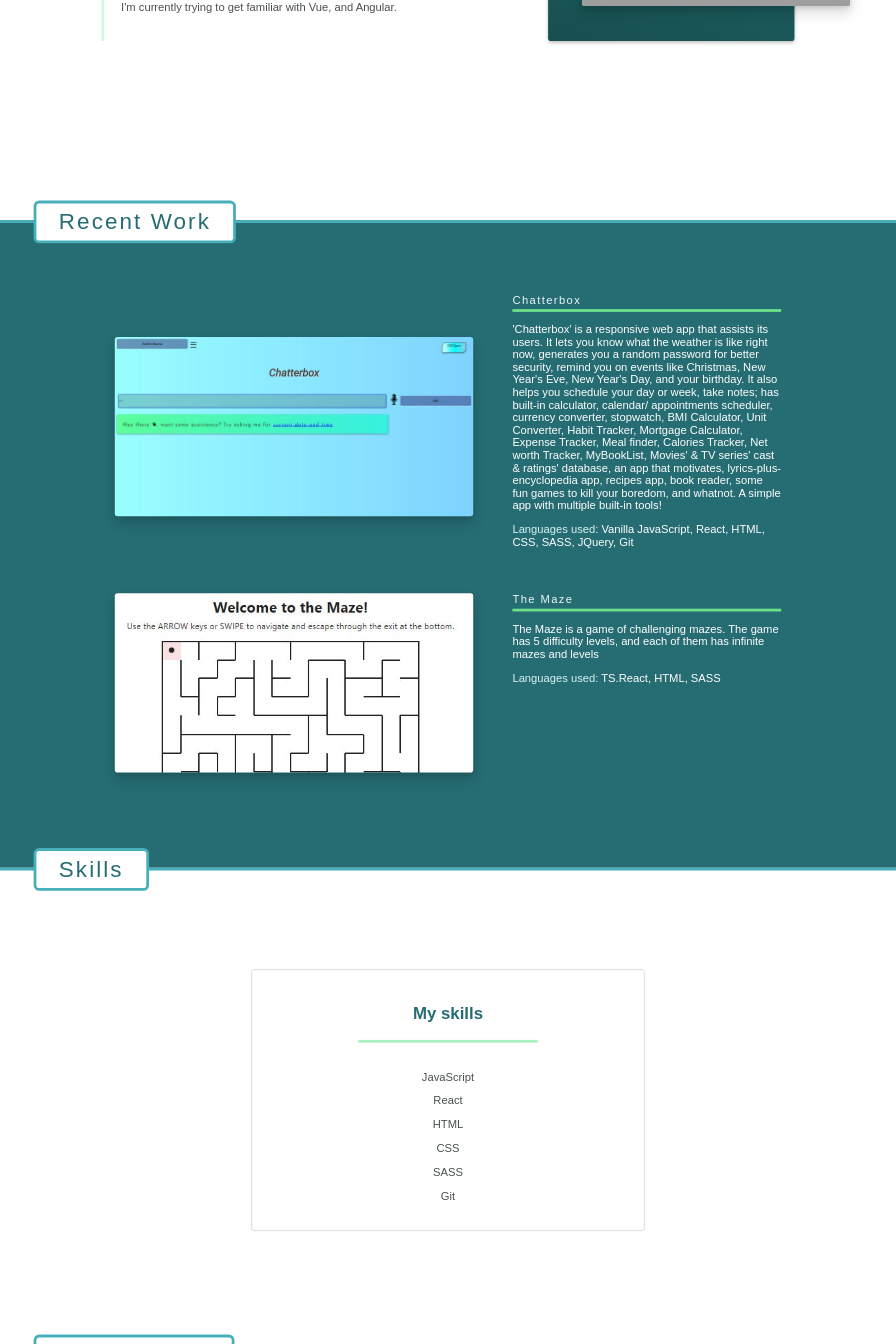
Repository: Abbaskhurram255/port
Page: /
An editor plug-in stored every save of this project. The page is shown before and after the next save, followed by the edit.
The browser window is 1280 px wide. The pictures show the part of the page from y = 552 to 2472 px (the page is 2782 px tall), at 70% of full size.
Pictures or frames that could not be fetched are drawn as grey boxes. The page's requests for data from a server got no answer. Some web fonts or font styles are not loaded; a fallback is used. Some web libraries are served in a nearby version. The project was rebuilt for these pictures with package versions that can differ from the ones it lists, and the page was loaded fresh each time. No one was signed in, and anything a server would have sent is missing.

Above is the page before, as saved 2020-12-03 23:22:42.

### public/index.html
<!DOCTYPE html>
<html lang="en">
  <head>
    <meta charset="utf-8" />
    <meta
      name="viewport"
      content="width=device-width, initial-scale=1, shrink-to-fit=no"
    />
    <meta name="theme-color" content="#000000" />
    <meta property="og:title" content="Alex Puth | Portfolio" />
    <meta
      property="og:description"
      content="A portfolio of web applications by Alex Puth"
    />
    <meta property="og:url" content="https://www.abbaskhurram255.github.io/" />
    <meta property="og:image" content="/images/portfolio-home.jpg" />
    <title>Alex Puth | Portfolio</title>
    <link
      href="https://fonts.googleapis.com/css?family=Muli:300,400,600,700"
      rel="stylesheet"
    />
    <link
      rel="stylesheet"
      href="https://use.fontawesome.com/releases/v5.4.2/css/all.css"
      integrity="sha384-/rXc/GQVaYpyDdyxK+ecHPVYJSN9bmVFBvjA/9eOB+pb3F2w2N6fc5qB9Ew5yIns"
      crossorigin="anonymous"
    />
  </head>

  <body>
    <noscript>You need to enable JavaScript to run this app.</noscript>
    <div id="root"></div>
  </body>
</html>

### src/index.tsx
import React from "react";
import ReactDOM from "react-dom";
import App from "./App";
import * as serviceWorker from "./serviceWorker";
import "./styles/styles.scss";

ReactDOM.render(<App />, document.getElementById("root"));

// If you want your app to work offline and load faster, you can change
// unregister() to register() below. Note this comes with some pitfalls.
// Learn more about service workers: http://bit.ly/CRA-PWA
serviceWorker.unregister();

### src/App.tsx
import * as React from "react";
import Contact from "./components/Contact";
import Home from "./components/Home";
import Navbar from "./components/Navbar";
import RecentWork from "./components/RecentWork";
import Skills from "./components/Skills";

class App extends React.Component {
  public render() {
    return (
      <div>
        <Navbar />
        <Home />
        <RecentWork />
        <Skills />
        <Contact />
      </div>
    );
  }
}

export default App;

### src/styles/styles.scss
@import "./base/settings";
@import "./base/base";
@import "./components/navbar";
@import "./components/home";
@import "./components/images";
@import "./components/recent-works";
@import "./components/projects";
@import "./components/project";
@import "./components/skills";
@import "./components/skill";
@import "./components/contact";
@import "./components/social";
@import "./components/section-title";

### src/components/Contact.tsx
import * as React from "react";
import utils from "../utils/constants";
import Social from "./Social";
import Title from "./Title";

const { GITHUB_URL, TWITTER_URL } = utils.social;
const { EMAIL } = utils.contact;

const Contact = () => {
  return (
    <div id="contact" className="contact">
      <Title title="Get in Touch" parentComponent="contact" />
      <div className="contact__social-links">
        <p className="contact__brackets">{"{"}</p>
        <Social socialIcon="fab fa-github" socialUrl={GITHUB_URL} />
        <Social socialIcon="fab fa-twitter" socialUrl={TWITTER_URL} />
        <Social socialIcon="fas fa-envelope" socialUrl={`mailto:${EMAIL}`} />
        <p className="contact__brackets">{"}"}</p>
      </div>
    </div>
  );
};

export default Contact;

### src/components/Home.tsx
import * as React from "react";
import Image from "./Image";
import Text from "./Text";
import Title from "./Title";

const Home = () => {
  return (
    <div className="home">
      <div className="home__text-container">
        <Title
          title="<Alex Puth (aka Khurram) />"
          parentComponent="home"
          subTitle="Front-End Developer"
        />
        <Text parentComponent="home" mobile="" />
      </div>
      <Image
        src="/images/headshot.jpg"
        alt="Headshot of Alex Puth"
        parentComponent="home"
      />
      <Text parentComponent="home" mobile="--mobile" />
    </div>
  );
};

export default Home;

### src/components/Navbar.tsx
import * as React from "react";

interface INavbarState {
  linkClass: string;
  isToggled: boolean;
}

class Navbar extends React.Component {
  public state = {
    isToggled: true,
    linkClass: "navbar__link"
  };

  public toggleNav = () => {
    const { isToggled } = this.state;
    this.setState({ isToggled: !isToggled });
    isToggled
      ? this.setState({ linkClass: "navbar__link--show" })
      : this.setState({ linkClass: "navbar__link" });
  };

  public render() {
    return (
      <div className="navbar">
        <a className="navbar__brand" href="#">
          <p className="navbar__brand-text">AP</p>
        </a>
        <i onClick={this.toggleNav} className="fas fa-bars navbar__hamburger" />
        <div className="navbar__link-box">
          <a className={this.state.linkClass} href="#">
            <p className="navbar__link-text">Home</p>
          </a>

          <a className={this.state.linkClass} href="#recent-works">
            <p className="navbar__link-text">Recent Work</p>
          </a>

          <a className={this.state.linkClass} href="#skills">
            <p className="navbar__link-text">Skills</p>
          </a>

          <a className={this.state.linkClass} href="#contact">
            <p className="navbar__link-text">Contact</p>
          </a>
        </div>
      </div>
    );
  }
}
export default Navbar;

### src/components/RecentWork.tsx
import * as React from "react";
import Projects from "./Projects";
import Title from "./Title";

const RecentWork = () => {
  return (
    <div id="recent-works" className="recent-works">
      <Title title="Recent Work" parentComponent="recent-works" />
      <Projects />
    </div>
  );
};

export default RecentWork;

### src/components/Skills.tsx
import * as React from "react";
import Skill from "./Skill";
import Title from "./Title";

const Skills = () => {
  const technicalSkills: string[] = [
    "JavaScript",
    "React",
    "HTML",
    "CSS",
    "SASS",
    "Git"
  ];

  return (
    <div id="skills" className="skills">
      <Title title={"Skills"} parentComponent="skills" />
      <div className="skills__set-box">
        <Skill title="My skills" skills={technicalSkills} />
      </div>
    </div>
  );
};

export default Skills;

### src/styles/base/_base.scss
html {
  font-size: 62.5%;
  scroll-behavior: smooth;
}

body {
  margin: 0;
  background-color: $white;
}

button {
  cursor: pointer;
}

button:disabled {
  cursor: default;
}

### src/styles/components/_home.scss
.home {
  display: flex;
  flex-direction: column;
  justify-content: space-around;
  margin: $size-10 auto $size-8 auto;
  max-width: 100rem;
  padding: 0 $size-4;
  @media (min-width: $breakpoint-1) {
    margin: $size-10 25% $size-9 25%;
  }
  @media (min-width: $breakpoint-2) {
    flex-direction: row;
    margin: $size-10 auto $size-12 auto;
  }
}

.home__title-box {
  align-items: center;
  display: flex;
  flex-direction: column;
  justify-content: center;
  margin-top: $size-3;
  @media (min-width: $breakpoint-2) {
    margin: 0;
    margin-left: -$size-9;
    align-items: flex-start;
  }
}

.home__title {
  color: $primary-7;
  font-family: $header;
  font-size: $size-6;
  font-weight: 700;
  letter-spacing: 0.3rem;
  line-height: 1;
  margin: 0;
  @media (min-width: $breakpoint-1) {
    font-size: $size-6;
  }
  @media (min-width: $breakpoint-2 - 13) {
    font-size: $size-7;
  }
  @media (min-width: $breakpoint-3) {
    font-size: 7.2rem;
  }
}

.home__subtitle {
  color: $gray-5;
  font-family: $header;
  font-size: $size-4;
  font-weight: 300;
  margin: $size-3 0;
  @media (min-width: $breakpoint-1) {
    font-size: 1.8rem;
  }
  @media (min-width: $breakpoint-2 - 13) {
    font-size: $size-5;
  }
  @media (min-width: $breakpoint-3) {
    font-size: $size-6;
  }
}

.home__text-container {
  display: flex;
  flex-direction: column;
  justify-content: flex-end;
}

.home__text-box {
  border-left: $size-1 solid $secondary-2;
  margin-top: $size-6;
  padding: $size-5 $size-4;
  width: $size-14;
  @media (max-width: $breakpoint-2 - 1) {
    display: none;
  }
}

.home__text-box--mobile {
  border-left: $size-1 solid $secondary-2;
  box-sizing: border-box;
  margin-top: $size-6;
  padding: $size-2;
  width: 100%;
  @media (min-width: $breakpoint-2) {
    display: none;
  }
}

.home__text {
  color: $gray-7;
  font-family: $text;
  font-size: $size-3;
  line-height: 2;
  margin: 0;
  padding: $size-2;
  @media (min-width: $breakpoint-2) {
    font-size: $size-4;
  }
}

.home__text-link {
  @extend .home__text;
  color: $primary-7;
  padding: 0;
  text-decoration: none;
}

.home__text-link:hover {
  color: $primary-5;
}

### src/styles/components/images.scss
.home-image-box {
  background: $gradient-1;
  border-radius: $radius-2;
  box-shadow: $shadow-2;
  padding: $size-3;
  @media (min-width: $breakpoint-2) {
    display: block;
    padding: $size-7;
  }
}

.home-image {
  border-radius: $radius-2;
  box-shadow: $shadow-3;
  margin: 0;
  width: 100%;
  @media (min-width: $breakpoint-2) {
    margin-right: -$size-10;
    height: $size-13;
    width: $size-13;
  }
}

### src/styles/components/_recent-works.scss
.recent-works {
  align-items: center;
  background: $primary-7;
  border-top: $size-1 solid $primary-5;
  display: flex;
  flex-direction: column;
  padding-bottom: $size-2;
  @media (min-width: $breakpoint-1) {
    padding-left: 22%;
    padding-right: 22%;
  }
  @media (min-width: $breakpoint-2) {
    padding: 0;
    padding-bottom: $size-8;
  }
}

.recent-works__title-box {
  background: $white;
  border: $size-1 solid $primary-5;
  border-radius: $size-2;
  display: flex;
  flex-direction: column;
  justify-content: center;
  margin-top: -$size-5;
  padding: $size-2;
  @media (min-width: $breakpoint-2) {
    align-self: flex-start;
    margin-left: $size-7;
    margin-top: -$size-6;
    padding: $size-2 $size-6;
  }
}

.recent-works__title {
  color: $primary-7;
  font-family: $header;
  font-size: $size-4;
  font-weight: 400;
  letter-spacing: 0.3rem;
  margin: 0;
  padding: 0;
  @media (min-width: $breakpoint-2) {
    font-size: $size-6;
  }
}

### src/styles/components/_projects.scss
.projects {
  display: flex;
  flex-direction: column;
  justify-content: space-between;
  margin: $size-4 $size-7;
  width: 100%;
  @media (min-width: $breakpoint-2) {
    margin: $size-7;
    width: 100rem;
  }
}

### src/styles/components/_skills.scss
.skills {
  align-items: center;
  border-top: $size-1 solid $primary-5;
  display: flex;
  flex-direction: column;
  padding-bottom: $size-8;
  @media (min-width: $breakpoint-1) {
    padding-left: 20%;
    padding-right: 20%;
  }
  @media (min-width: $breakpoint-2) {
    padding: 0;
    padding-bottom: $size-8;
  }
}

.skills__title-box {
  background: $white;
  border: $size-1 solid $primary-5;
  border-radius: $size-2;
  display: flex;
  flex-direction: column;
  justify-content: center;
  margin-top: -$size-5;
  padding: $size-2;
  @media (min-width: $breakpoint-2) {
    align-self: flex-start;
    margin-left: $size-7;
    margin-top: -$size-6;
    padding: $size-2 $size-6;
  }
}

.skills__title {
  color: $primary-7;
  font-family: $header;
  font-size: $size-4;
  font-weight: 400;
  letter-spacing: 0.3rem;
  margin: 0;
  padding: 0;
  @media (min-width: $breakpoint-2) {
    font-size: $size-6;
  }
}

.skills__set-box {
  display: flex;
  flex-direction: column;
  justify-content: space-around;
  margin: 0;
  width: 100%;
  @media (min-width: $breakpoint-2) {
    flex-direction: row;
    margin: $size-9 $size-7;
    width: 100rem;
  }
}

### src/styles/components/_skill.scss
.skill {
  align-items: center;
  border: 1px solid $gray-3;
  border-radius: $radius-2;
  display: flex;
  flex-direction: column;
  margin: $size-4 auto;
  padding: $size-5;
  width: 80%;
  @media (min-width: $breakpoint-2) {
    margin: $size-4;
    padding: $size-5;
    width: $size-14;
  }
}

.skill__title-box {
  border-bottom: $size-1 solid $secondary-3;
  display: flex;
  justify-content: center;
  padding: 0;
  width: 100%;
  @media (min-width: $breakpoint-2) {
    width: $size-12;
  }
}

.skill__title {
  color: $primary-7;
  font-family: $text;
  font-size: $size-4;
  @media (min-width: $breakpoint-2) {
    font-size: $size-5;
  }
}

.skill__box {
  padding-top: $size-5;
  width: 100%;
}

.skill__name {
  color: $gray-7;
  font-family: $text;
  font-size: $size-4;
  text-align: center;
}

### src/styles/components/_contact.scss
.contact {
  align-items: center;
  border-top: $size-1 solid $primary-5;
  display: flex;
  flex-direction: column;
  background: #266c73;
}

.contact__title-box {
  background: $white;
  border: $size-1 solid $primary-5;
  border-radius: $size-2;
  display: flex;
  flex-direction: column;
  justify-content: center;
  margin-top: -$size-5;
  padding: $size-2 $size-6;
  @media (min-width: $breakpoint-2) {
    align-self: flex-start;
    margin-left: $size-7;
    margin-top: -$size-6;
  }
}

.contact__title {
  color: $primary-7;
  font-family: $header;
  font-size: $size-4;
  font-weight: 400;
  letter-spacing: 0.3rem;
  margin: 0;
  padding: 0;
  @media (min-width: $breakpoint-2) {
    font-size: $size-6;
  }
}

.contact__social-links {
  display: flex;
  margin: $size-8 0 $size-9 0;
}

.contact__brackets {
  color: $secondary-3;
  font-family: $text;
  font-size: $size-8;
  font-weight: 300;
  line-height: 0.5;
  margin: 0 $size-4;
  padding: 0;
  @media (min-width: $breakpoint-2) {
    display: block;
    font-size: $size-10;
  }
}

### src/styles/components/_social.scss
.social {
  color: $primary-5;
  font-size: $size-5;
  margin: $size-3;
  outline: none;
  transition-property: color, transform;
  transition-duration: 0.1s;
  transition-timing-function: ease;
  @media (min-width: $breakpoint-2) {
    font-size: $size-7;
    margin: $size-5;
  }
}

.social:hover,
.social:focus {
  color: $primary-6;
  transform: scale(1.2);
}

### src/styles/components/_section-title.scss
.section-title__box {
  align-self: flex-start;
  background: $white;
  border: $size-1 solid $primary-8;
  border-radius: $size-2;
  display: flex;
  flex-direction: column;
  justify-content: center;
  margin: -$size-6 0 0 $size-7;
  padding: $size-2 $size-6;
}

.section-title {
  color: $primary-7;
  font-family: $header;
  font-size: $size-6;
  font-weight: 400;
  letter-spacing: 0.3rem;
  margin: 0;
  padding: 0;
}

### src/utils/constants.ts
export default {
  contact: {
    EMAIL: process.env.REACT_APP_EMAIL || "abbaskhuram255@gmail.com"
  },
  social: {
    GITHUB_URL:
      process.env.REACT_APP_GITHUB_URL || "https://github.com/abbaskhurram255",
    TWITTER_URL:
      process.env.REACT_APP_TWITTER_URL || "https://twitter.com/alexputh255",
  }
};

### src/components/Social.tsx
import * as React from "react";

interface ISocialProps {
  socialIcon: string;
  socialUrl: string;
}

const Social = (props: ISocialProps) => {
  const { socialIcon, socialUrl } = props;
  return (
    <a
      href={socialUrl}
      rel="noopener noreferrer"
      className="social"
      target="_blank"
    >
      <i className={socialIcon} />
    </a>
  );
};

export default Social;

### src/components/Title.tsx
import * as React from "react";

interface ITitleProps {
  title: string;
  parentComponent: string;
  subTitle?: string;
}

const Title = (props: ITitleProps) => {
  const { title, subTitle, parentComponent: component } = props;
  return (
    <div className={`${component}__title-box`}>
      <h1 className={`${component}__title`}>{title}</h1>
      {subTitle && <h2 className={`${component}__subtitle`}>{subTitle}</h2>}
    </div>
  );
};

export default Title;

### src/components/Image.tsx
import * as React from "react";

interface IImageProps {
  src: string;
  alt: string;
  parentComponent: string;
}

const Image = (props: IImageProps) => {
  const { src, alt, parentComponent: component } = props;
  return (
    <div className={`${component}-image-box`}>
      <img src={`/Portfolio${src}`} alt={alt} className={`${component}-image`} />
    </div>
  );
};

export default Image;

### src/components/Text.tsx
import * as React from "react";

interface ITextProps {
  parentComponent: string;
  mobile: string;
}

const Text = (props: ITextProps) => {
  const { parentComponent: component, mobile } = props;
  return (
    <div className={`${component}__text-box${mobile}`}>
      <p className={`${component}__text`}>
        Hi, my name is Alex, and I'm a frontend developer. I love using
        functional programming concepts in JavaScript and building web
        applications with it. I'm a coding enthusiast. I've been creating web
        applications since I was 13 - I'm 19 now. It's been my hobby
        since I was a kid, the programming. {" "}
      </p>
      <p className={`${component}__text`}>I'm currently
        trying to get familiar with Vue, and Angular.</p>
    </div>
  );
};

export default Text;

### src/components/Projects.tsx
import * as React from "react";
import { projects } from "../utils/data";
import Project from "./Project";

const Projects = () => (
  <div className="projects">
    {projects.map(project => (
      <Project
        project={project.name}
        projectDescription={project.description}
        projectSourceCode={project.sourceCode}
        projectTools={project.tools}
        projectUrl={project.url}
        image={project.image}
        key={project.name}
      />
    ))}
  </div>
);

export default Projects;

### src/components/Skill.tsx
import * as React from "react";

interface ISkillProps {
  skills: string[];
  title: string;
}

const DeveloperSkills = (props: ISkillProps) => {
  const { skills, title } = props;
  return (
    <div className="skill">
      <div className="skill__title-box">
        <h3 className="skill__title">{title}</h3>
      </div>
      <div className="skill__box">
        {skills.map((skill: string) => (
          <p className="skill__name" key={skill}>
            {skill}
          </p>
        ))}
      </div>
    </div>
  );
};

export default DeveloperSkills;

### src/utils/data.ts

interface IProject {
  description: string;
  image: string;
  name: string;
  sourceCode: string;
  tools: string;
  url: string;
}

export const projects: IProject[] = [
  {
    description:
      "'Chatterbox' is a responsive web app that assists its users. It lets you know what the weather is like right now, generates you a random password for better security, remind you on events like Christmas, New Year's Eve, New Year's Day, and your birthday. It also helps you schedule your day or week, take notes; has built-in calculator, calendar/ appointments scheduler, currency converter, stopwatch, BMI Calculator, Unit Converter, Habit Tracker, Mortgage Calculator, Expense Tracker, Meal finder, Calories Tracker, Net worth Tracker, MyBookList, Movies' & TV series' cast & ratings' database, an app that motivates, lyrics-plus-encyclopedia app, recipes app, book reader, some fun games to kill your boredom, and whatnot. A simple app with multiple built-in tools!",
    image: "meal to list",
    name: "Chatterbox",
    sourceCode: "https://github.com/Abbaskhurram255/Chatterbox/",
    tools: "Vanilla JavaScript, React, HTML, CSS, SASS, JQuery, Git",
    url: "https://abbaskhurram255.github.io/Chatterbox/getting-started"
  },
  {
    description:
      "The Maze is a game of challenging mazes. The game has 5 difficulty levels, and each of them has infinite mazes and levels",
    image: "maze",
    name: "The Maze",
    sourceCode: "https://github.com/Abbaskhurram255/maze/",
    tools: "TS.React, HTML, SASS",
    url: "https://alexs-maze-game.netlify.app"
  }
];

### src/components/Project.tsx
import * as React from "react";

interface IProjectProps {
  image: string;
  project: string;
  projectDescription: string;
  projectTools: string;
  projectSourceCode: string;
  projectUrl: string;
}

const Project = (props: IProjectProps) => {
  const {
    image,
    project,
    projectDescription,
    projectSourceCode,
    projectTools,
    projectUrl
  } = props;
  return (
    <div className="project">
      <div className={`project__image-box project__image-box--${image}`}>
        <div className="project__link-box">
          {projectUrl && (
            <a
              className="project__link"
              href={projectUrl}
              rel="noopener noreferrer"
              target="_blank"
            >
              View Site
            </a>
          )}
          <a
            className="project__link"
            href={projectSourceCode}
            rel="noopener noreferrer"
            target="_blank"
          >
            View Source Code
          </a>
          <a
            className="project__link"
            href="https://github.com/Abbaskhurram255/maze/raw/main/public/android/the-maze.apk"
            rel="noopener noreferrer"
            target="_blank"
          >
            Play on Android
          </a>
        </div>
      </div>
      <div className="project__info-box">
        <h3 className="project__name">{project}</h3>
        <p className="project__description">{projectDescription}</p>
        <p className="project__description">
          <span className="project__tools-label">Languages used:</span>{" "}
          {projectTools}
        </p>
      </div>
      <div className="project__link-box--mobile">
        {projectUrl && (
          <a
            className="project__link--mobile"
            href={projectUrl}
            rel="noopener noreferrer"
            target="_blank"
          >
            View Site
          </a>
        )}
        <a
          className="project__link--mobile"
          href={projectSourceCode}
          rel="noopener noreferrer"
          target="_blank"
        >
          View Source Code
        </a>
      </div>
    </div>
  );
};

export default Project;

Loaded but not shown: src/serviceWorker.ts (common file); src/styles/components/_project.scss (148 lines, source omitted); src/styles/base/_settings.scss (89 lines, source omitted); src/styles/components/_navbar.scss (137 lines, source omitted)

After the next save:
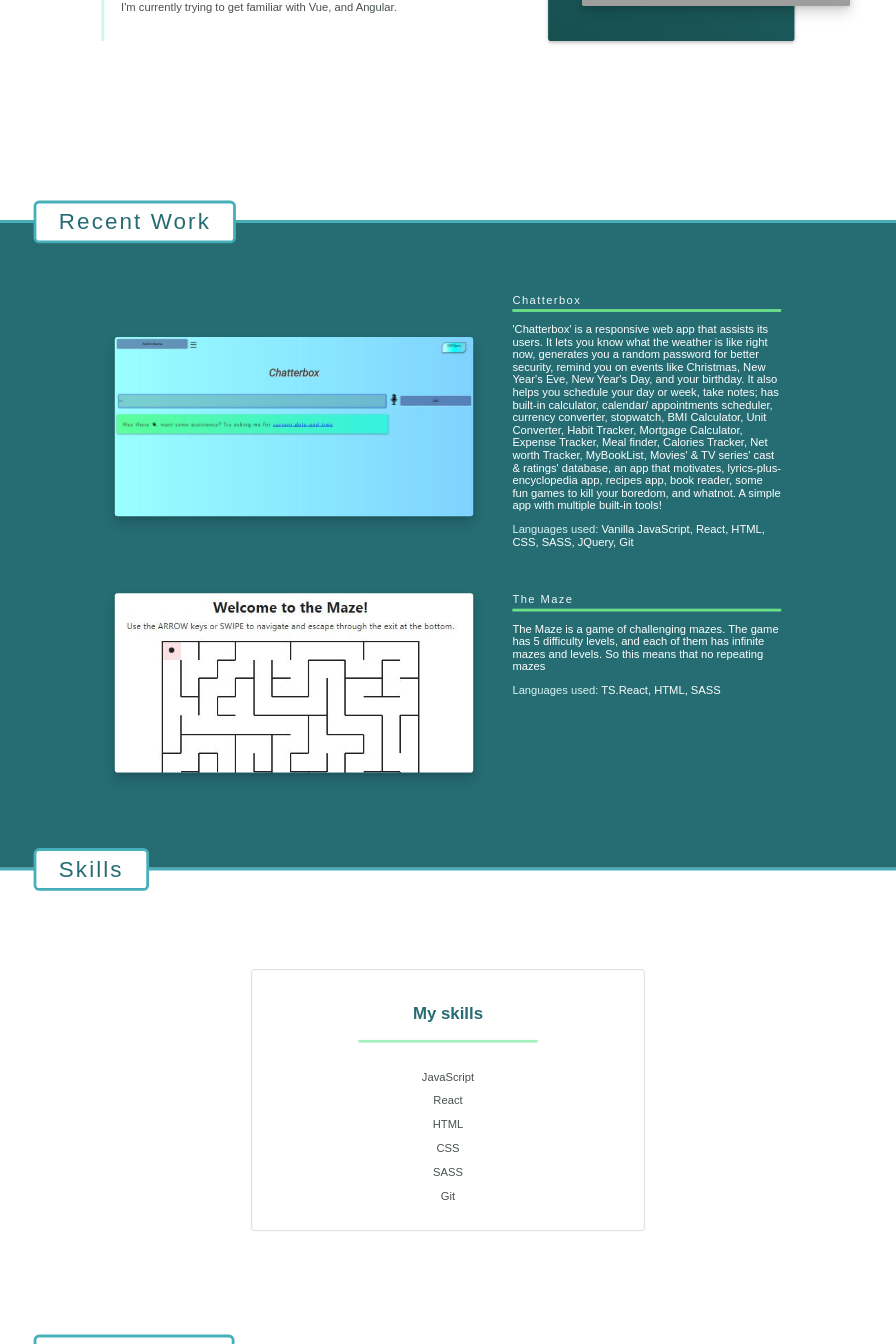
Saved 48 s later.
--- a/src/utils/data.ts
+++ b/src/utils/data.ts
@@ -20,7 +20,7 @@
   },
   {
     description:
-      "The Maze is a game of challenging mazes. The game has 5 difficulty levels, and each of them has infinite mazes and levels",
+      "The Maze is a game of challenging mazes. The game has 5 difficulty levels, and each of them has infinite mazes and levels. So this means that no repeating mazes",
     image: "maze",
     name: "The Maze",
     sourceCode: "https://github.com/Abbaskhurram255/maze/",
